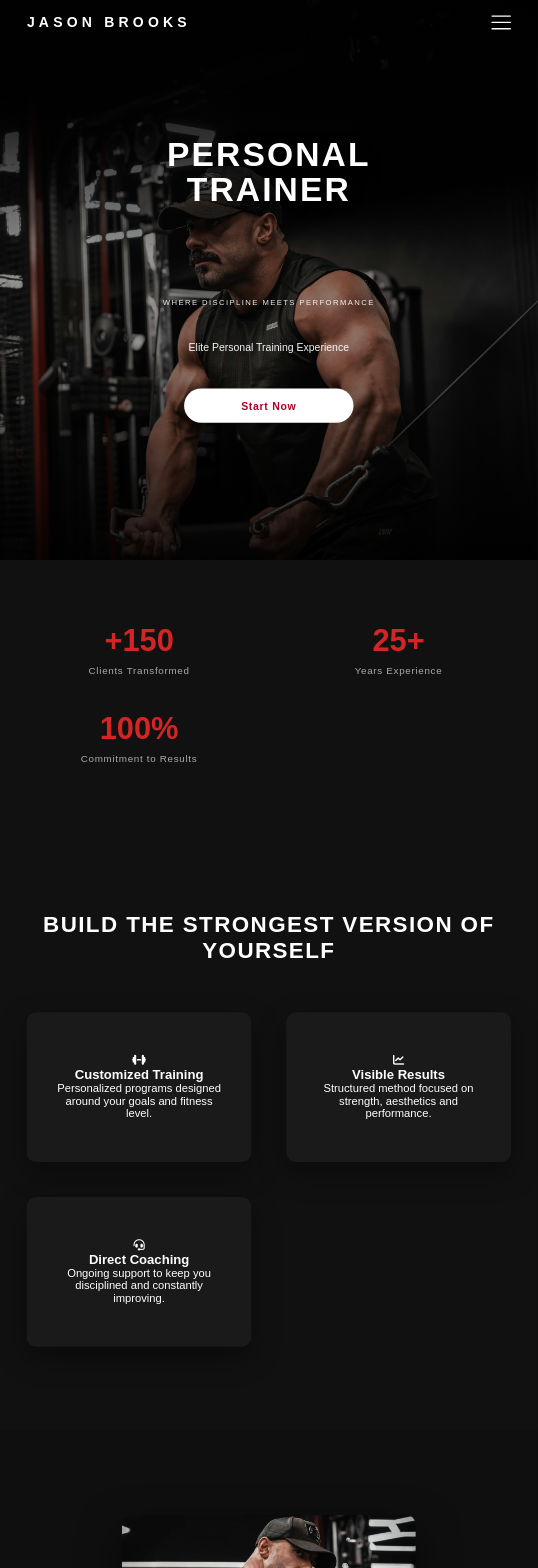
Repository: davidfsillva/Jason-Brooks
Page: index.html
An editor plug-in stored every save of this project. The page is shown before and after the next save, followed by the edit.
The browser window is 768 px wide. The pictures show the part of the page from y = 0 to 2240 px (the page is 3913 px tall), at 70% of full size.
Some web fonts or font styles are not loaded; a fallback is used.

Above is the page before, as saved 2026-02-21 17:23:12.

After the next save:
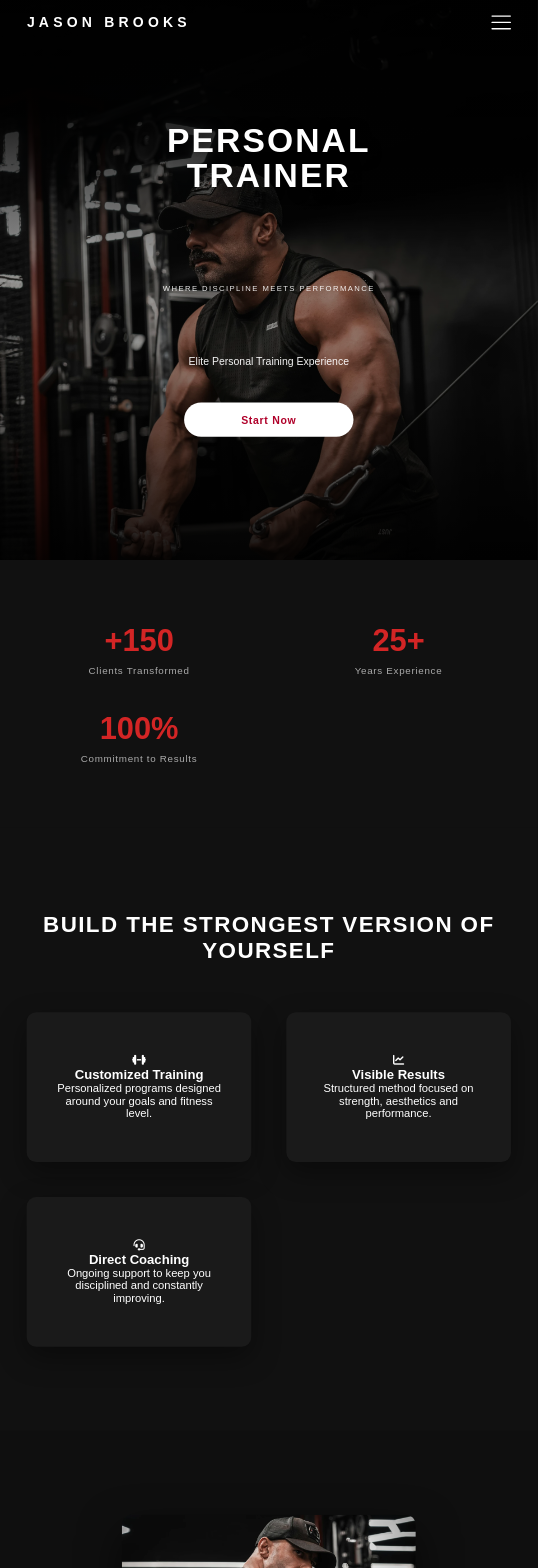
Saved 5 s later.
--- a/style.css
+++ b/style.css
@@ -586,7 +586,7 @@
     .hero-small {
         font-size: 11px;
         letter-spacing: 2px;
-        margin-bottom: 5px;
+        margin-bottom: 45px;
         opacity: 0.9;
         text-align: center;
     }

After the save that followed:
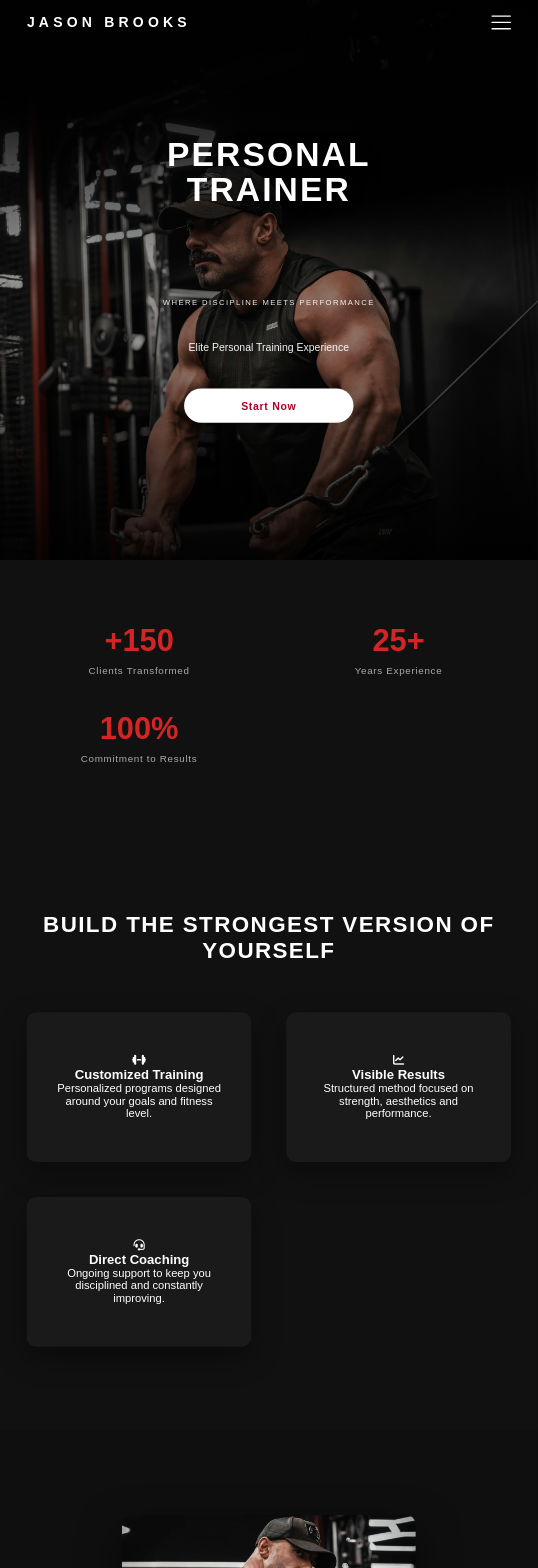
Saved 4 s later.
--- a/style.css
+++ b/style.css
@@ -586,7 +586,7 @@
     .hero-small {
         font-size: 11px;
         letter-spacing: 2px;
-        margin-bottom: 45px;
+        margin-bottom: 5px;
         opacity: 0.9;
         text-align: center;
     }
